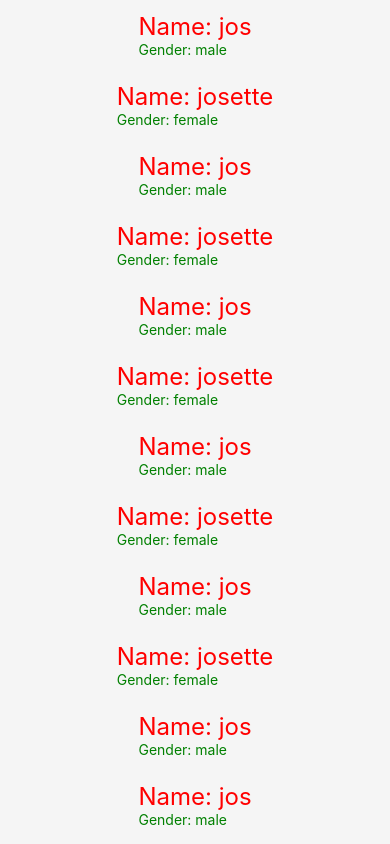
Repository: kfrancois/Bachelorproef-Apps
Screen: / (app in React Native/ListApp/.vscode/)
These files come from the project's save history. The screen is drawn as it stood at one moment and after the next save; the edit follows.
An inner scrolling area shows only its first screen. The app was drawn by React Native's web renderer in a window 390 px wide. The project was rebuilt for these pictures with package versions that can differ from the ones it lists, and the page was loaded fresh each time.

Above is the screen before, as saved 2018-04-23 15:00:05.

### React Native/ListApp/.vscode/App.js
import React, { Component } from 'react';
import MyListView from './src/listView';

// type Props = {};
export default class App extends Component {
  render() {
    return <MyListView />;
  }
}

### React Native/ListApp/.vscode/src/listView.js
import React, { Component } from 'react';
import { View, FlatList, Text, SafeAreaView, StyleSheet } from 'react-native';
import items from './items';
import Row from './row';

export default class MyListView extends Component {
  render() {
    return (
      <SafeAreaView style={{ flex: 1, backgroundColor: 'whitesmoke' }}>
        <FlatList
          style={styles.idk}
          contentContainerStyle={styles.container}
          data={items}
          renderItem={data => {
            return <Row item={data.item} />;
          }}
        />
      </SafeAreaView>
    );
  }
}

const styles = StyleSheet.create({
  idk: {
    flex: 1,
    backgroundColor: 'whitesmoke'
  },
  container: {
    justifyContent: 'center',
    alignItems: 'center'
  },
  item: {
    padding: 10,
    fontSize: 18,
    height: 44
  }
});

### React Native/ListApp/.vscode/src/items.js
const items = [
  { key: '0', name: 'jos', gender: 'male' },
  { key: '1', name: 'josette', gender: 'female' },
  { key: '2', name: 'jos', gender: 'male' },
  { key: '3', name: 'josette', gender: 'female' },
  { key: '4', name: 'jos', gender: 'male' },
  { key: '5', name: 'josette', gender: 'female' },
  { key: '6', name: 'jos', gender: 'male' },
  { key: '7', name: 'josette', gender: 'female' },
  { key: '8', name: 'jos', gender: 'male' },
  { key: '9', name: 'josette', gender: 'female' },
  { key: '10', name: 'jos', gender: 'male' },
  { key: '11', name: 'jos', gender: 'male' },
  { key: '12', name: 'josette', gender: 'female' },
  { key: '13', name: 'jos', gender: 'male' },
  { key: '14', name: 'josette', gender: 'female' },
  { key: '15', name: 'jos', gender: 'male' },
  { key: '16', name: 'josette', gender: 'female' },
  { key: '17', name: 'jos', gender: 'male' },
  { key: '18', name: 'josette', gender: 'female' },
  { key: '19', name: 'jos', gender: 'male' },
  { key: '20', name: 'josette', gender: 'female' },
  { key: '21', name: 'jos', gender: 'male' },
  { key: '22', name: 'josette', gender: 'female' },
  { key: '23', name: 'jos', gender: 'male' },
  { key: '24', name: 'josette', gender: 'female' },
  { key: '25', name: 'jos', gender: 'male' },
  { key: '26', name: 'josette', gender: 'female' },
  { key: '27', name: 'jos', gender: 'male' },
  { key: '28', name: 'josette', gender: 'female' },
  { key: '29', name: 'jos', gender: 'male' },
  { key: '30', name: 'josette', gender: 'female' },
  { key: '31', name: 'jos', gender: 'male' },
  { key: '32', name: 'josette', gender: 'female' },
  { key: '33', name: 'jos', gender: 'male' },
  { key: '34', name: 'josette', gender: 'female' },
  { key: '35', name: 'jos', gender: 'male' },
  { key: '36', name: 'josette', gender: 'female' },
  { key: '37', name: 'jos', gender: 'male' },
  { key: '38', name: 'josette', gender: 'female' },
  { key: '39', name: 'jos', gender: 'male' },
  { key: '40', name: 'josette', gender: 'female' },
  { key: '41', name: 'jos', gender: 'male' },
  { key: '42', name: 'josette', gender: 'female' },
];

export default items;

### React Native/ListApp/.vscode/src/row.js
import React from 'react';
import { View, Text, StyleSheet } from 'react-native';

const styles = StyleSheet.create({
  container: {
    padding: 12,
    flexDirection: 'column'
  },
  rowText: {
    fontSize: 14,
    color: 'green'
  },
  rowHeading: {
    fontSize: 24,
    color: 'red'
  }
});

const Row = props => {
  const item = props.item;
  const { name, gender } = item;
  return (
    <View style={styles.container}>
      <Text style={styles.rowHeading}>Name: {name}</Text>
      <Text style={styles.rowText}>Gender: {gender}</Text>
    </View>
  );
};

export default Row;

After the next save:
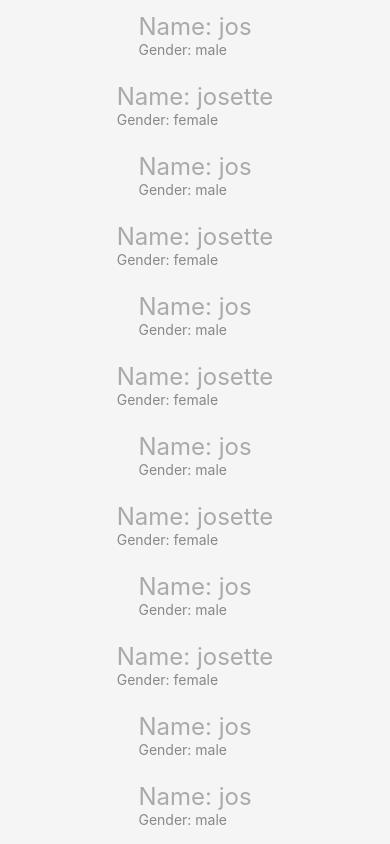
Saved 28 s later.
--- a/React Native/ListApp/.vscode/src/row.js
+++ b/React Native/ListApp/.vscode/src/row.js
@@ -8,11 +8,11 @@ const styles = StyleSheet.create({
   },
   rowText: {
     fontSize: 14,
-    color: 'green'
+    color: '#888'
   },
   rowHeading: {
     fontSize: 24,
-    color: 'red'
+    color: '#aaa'
   }
 });
 
